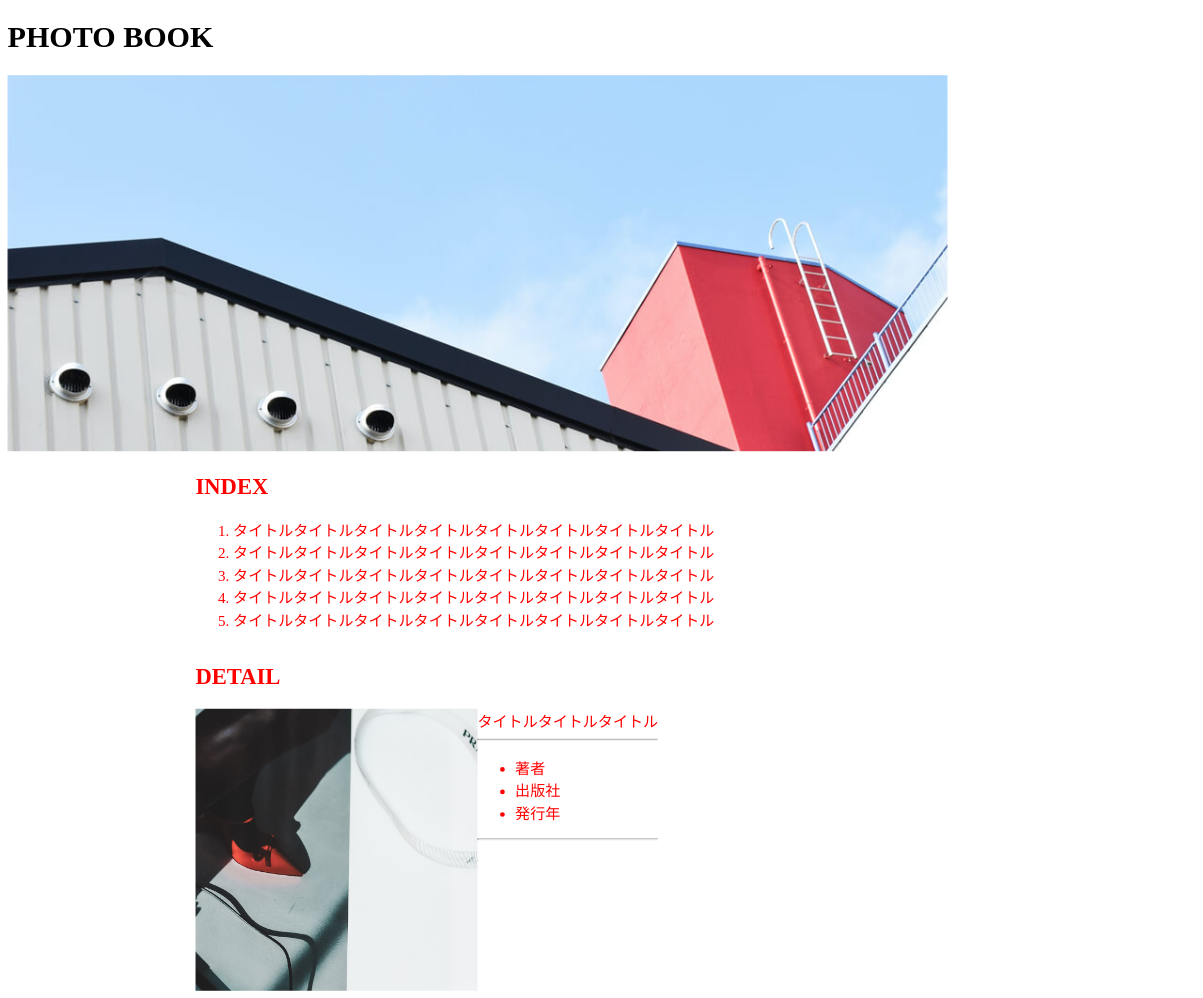
Repository: daytime/LP-study
Page: photo_book/index.html
The author's editor kept a copy of each file at every save. The page is drawn from the files as they stood at one save, then again after the next save.
The browser window is 1280 px wide. The pictures show the whole page, at 94% of full size.

Above is the page before, as saved 2025-01-29 12:15:38.

After the next save:
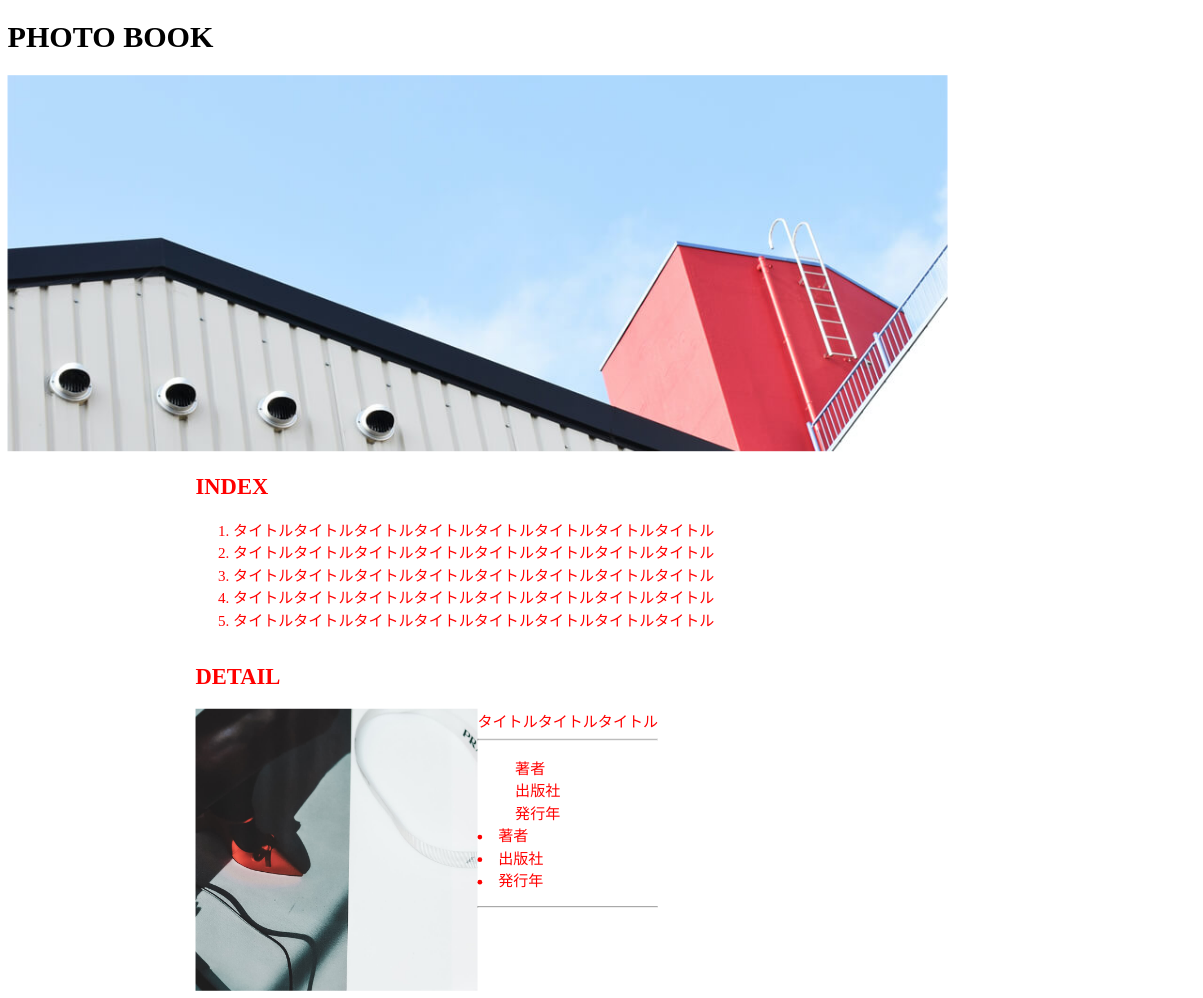
Saved 76 s later.
--- a/photo_book/index.html
+++ b/photo_book/index.html
@@ -45,11 +45,16 @@
               <div>
                 タイトルタイトルタイトル
                 <hr />
-                <ul>
+                <dl>
+                  <dt>
+                    <dd>著者</dd>
+                    <dd>出版社</dd>
+                    <dd>発行年</dd>
+                  </dt>
                   <li>著者</li>
                   <li>出版社</li>
                   <li>発行年</li>
-                </ul>
+                </dl>
                 <hr />
               </div>
             </div>

After the save that followed:
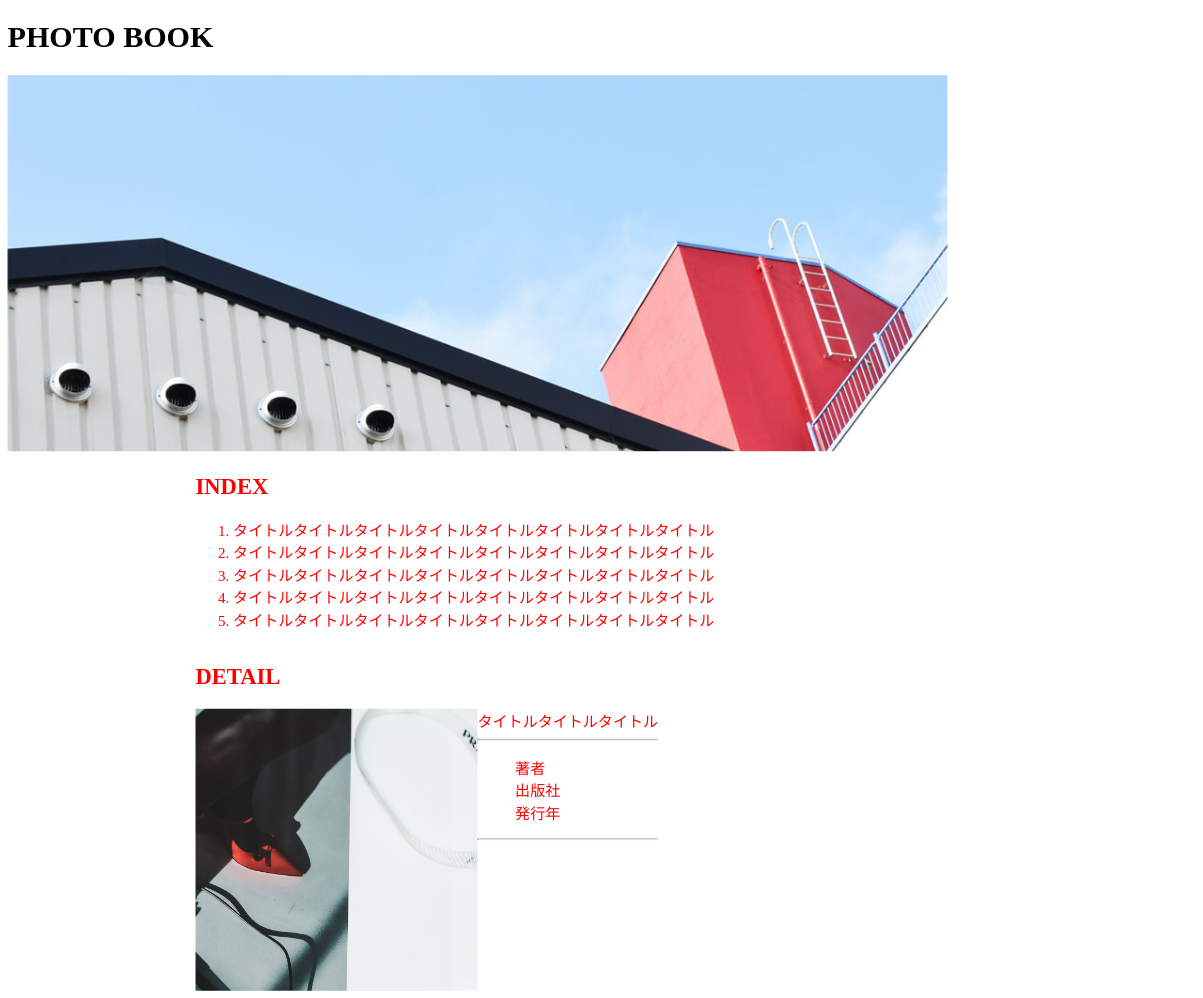
Saved 14 s later.
--- a/photo_book/index.html
+++ b/photo_book/index.html
@@ -51,9 +51,6 @@
                     <dd>出版社</dd>
                     <dd>発行年</dd>
                   </dt>
-                  <li>著者</li>
-                  <li>出版社</li>
-                  <li>発行年</li>
                 </dl>
                 <hr />
               </div>
